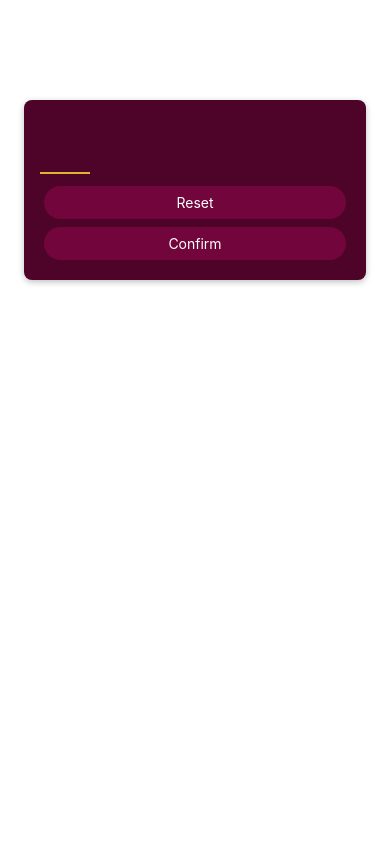
Repository: GarlicButterBoy/Number-Guessing-Game
Screen: /
An editor plug-in stored every save of this project. The screen is shown before and after a run of saves, followed by the edit.
The app was drawn by React Native's web renderer in a window 390 px wide. The project was rebuilt for these pictures with package versions that can differ from the ones it lists, and the page was loaded fresh each time.

Above is the screen before, as saved 2024-05-03 09:04:55.

After the next 2 saves:
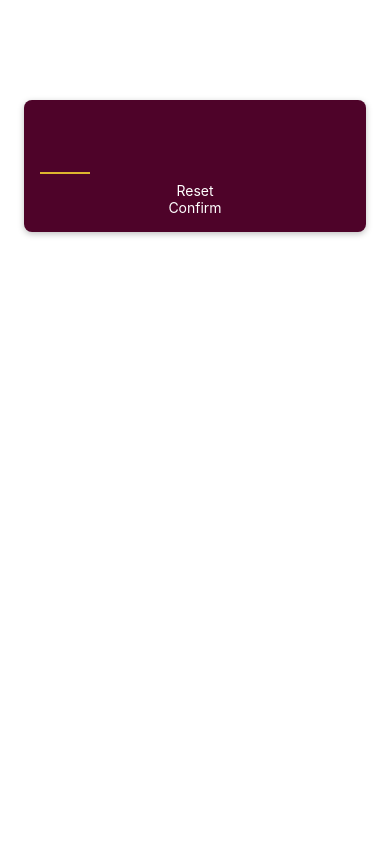
The 2 saves are shown as one change because they came seconds apart.
The last was saved 12 s later.
--- a/components/PrimaryButton.js
+++ b/components/PrimaryButton.js
@@ -16,8 +16,8 @@ function PrimaryButton({ children }) {
 export default PrimaryButton;
 
 const styles = StyleSheet.create({
-
-    buttonContainer: {
+    buttonOuterContainer: {},
+    buttonInnerContainer: {
     backgroundColor: "#72063c",
     borderRadius: 28,
     paddingVertical: 8,
